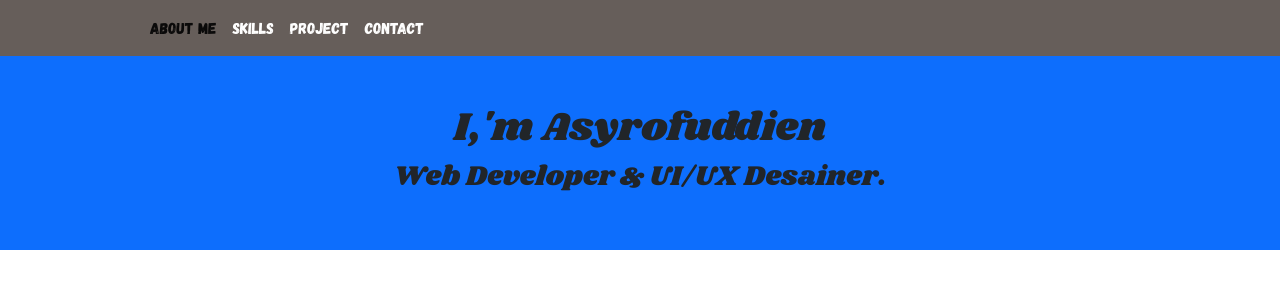
Repository: zetta-muhammad-asyrofuddien/Html-Css-ZettaCAmp
Page: Day1/Portofolio/index.html
These files come from the project's save history. The page is drawn as it stood at one moment and after the next save; the edit follows.
The browser window is 1280 px wide. The pictures show the whole page.

Above is the page before, as saved 2023-07-05 03:05:43.

### Day1/Portofolio/index.html
<!DOCTYPE html>
<html lang="en">
  <head>
    <meta charset="utf-8" />
    <meta name="viewport" content="width=device-width, initial-scale=1" />
    <title>Bootstrap demo</title>
    <link href="https://cdn.jsdelivr.net/npm/bootstrap@5.2.3/dist/css/bootstrap.min.css" rel="stylesheet" integrity="sha384-rbsA2VBKQhggwzxH7pPCaAqO46MgnOM80zW1RWuH61DGLwZJEdK2Kadq2F9CUG65" crossorigin="anonymous" />
    <link rel="stylesheet" type="text/css" href="./syle.css" />
  </head>
  <body>
    <section class="Navbar">
      <div class="container">
        <div class="row">
          <div class="col-lg-12">
            <nav class="navbar navbar-expand-lg px-5 px-5">
              <div class="container-fluid">
                <div class="collapse navbar-collapse" id="navbarNav">
                  <ul class="navbar-nav">
                    <li class="nav-item">
                      <a class="nav-link active" aria-current="page" href="#">About Me</a>
                    </li>
                    <li class="nav-item">
                      <a class="nav-link" href="#">Skills</a>
                    </li>
                    <li class="nav-item">
                      <a class="nav-link" href="#">Project</a>
                    </li>
                    <li class="nav-item">
                      <a class="nav-link" href="#">Contact</a>
                    </li>
                  </ul>
                </div>
              </div>
            </nav>
            <div class="col-lg-4"></div>
          </div>
        </div>
      </div>
    </section>
    <section class="perkenalan bg-primary mt-0">
      <div class="px-4 py-5 my-0 text-center">
        <h1 class="nama">I,'m Asyrofuddien</h1>
        <h3 class="job">Web Developer & UI/UX Desainer.</h3>
      </div>
    </section>
    <script src="https://cdn.jsdelivr.net/npm/@popperjs/core@2.11.6/dist/umd/popper.min.js" integrity="sha384-oBqDVmMz9ATKxIep9tiCxS/Z9fNfEXiDAYTujMAeBAsjFuCZSmKbSSUnQlmh/jp3" crossorigin="anonymous"></script>
    <script src="https://cdn.jsdelivr.net/npm/bootstrap@5.2.3/dist/js/bootstrap.min.js" integrity="sha384-cuYeSxntonz0PPNlHhBs68uyIAVpIIOZZ5JqeqvYYIcEL727kskC66kF92t6Xl2V" crossorigin="anonymous"></script>
  </body>
</html>

### Day1/Portofolio/syle.css
@font-face {
  font-family: Gagalin;
  src: url(./asset/font/Gagalin-Regular.otf);
}
@font-face {
  font-family: Shrikhand;
  src: url(./asset/font/Shrikhand-Regular.ttf);
}
@font-face {
  font-family: dmSans;
  src: url(./asset/font/DMSans-Regular.ttf);
}
.Navbar {
  font-family: Gagalin;
  background-color: #665e5a;
}

.nav-link {
  color: white;
}

.nama {
  font-family: Shrikhand;
}
.job {
  font-family: Shrikhand;
}

After the next save:
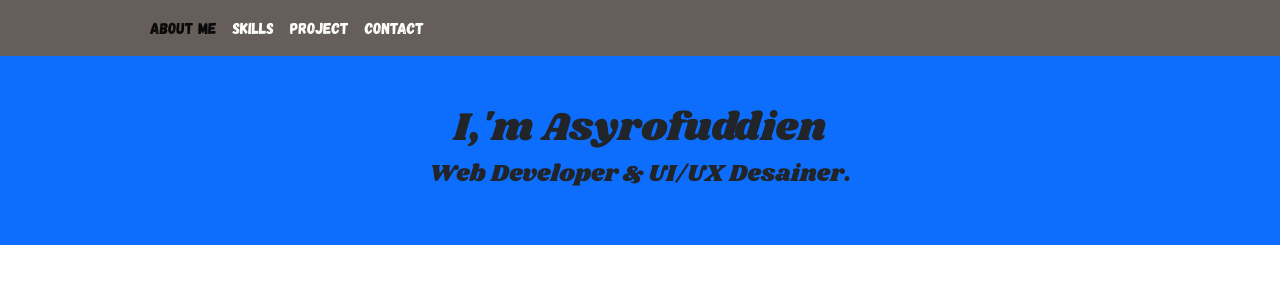
Saved 7 s later.
--- a/Day1/Portofolio/index.html
+++ b/Day1/Portofolio/index.html
@@ -40,7 +40,7 @@
     <section class="perkenalan bg-primary mt-0">
       <div class="px-4 py-5 my-0 text-center">
         <h1 class="nama">I,'m Asyrofuddien</h1>
-        <h3 class="job">Web Developer & UI/UX Desainer.</h3>
+        <h4 class="job">Web Developer & UI/UX Desainer.</h4>
       </div>
     </section>
     <script src="https://cdn.jsdelivr.net/npm/@popperjs/core@2.11.6/dist/umd/popper.min.js" integrity="sha384-oBqDVmMz9ATKxIep9tiCxS/Z9fNfEXiDAYTujMAeBAsjFuCZSmKbSSUnQlmh/jp3" crossorigin="anonymous"></script>
